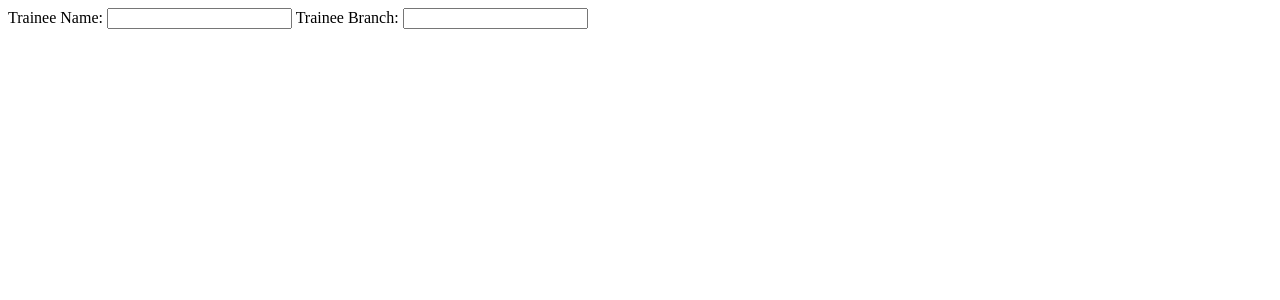
Repository: jayantnagpal/LabAssessment3_JayantNagpal_YM237
Page: http://localhost/TraineeMgt/AddTrainee.jsp
An editor plug-in stored every save of this project. The page is shown before and after the next save, followed by the edit.
The browser window is 1280 px wide. The pictures show the whole page.
The page is served by Tomcat 9. Other server files are loaded and not shown.

Above is the page before, as saved 2021-03-04 11:12:53.

### TraineeMgt/WebContent/AddTrainee.jsp
<%@ page language="java" contentType="text/html; charset=ISO-8859-1"
    pageEncoding="ISO-8859-1"%>
<!DOCTYPE html>
<html>
<head>
<meta charset="ISO-8859-1">
<title>Add Trainee</title>
</head>
<body>
<form action="AddTrainee.do" method="post">
Trainee Name: <input type="text" name="TraineeName">
Trainee Branch: <input type="text" name="TraineeBranch">

</form>
</body>
</html>

After the next save:
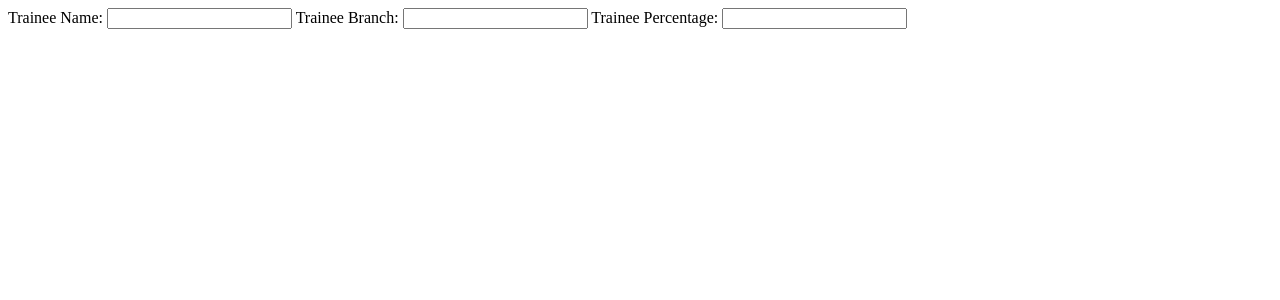
Saved 58 s later.
--- a/TraineeMgt/WebContent/AddTrainee.jsp
+++ b/TraineeMgt/WebContent/AddTrainee.jsp
@@ -10,7 +10,7 @@
 <form action="AddTrainee.do" method="post">
 Trainee Name: <input type="text" name="TraineeName">
 Trainee Branch: <input type="text" name="TraineeBranch">
-
+Trainee Percentage: <input type="number" name="TraineePercentage">
 </form>
 </body>
 </html>
